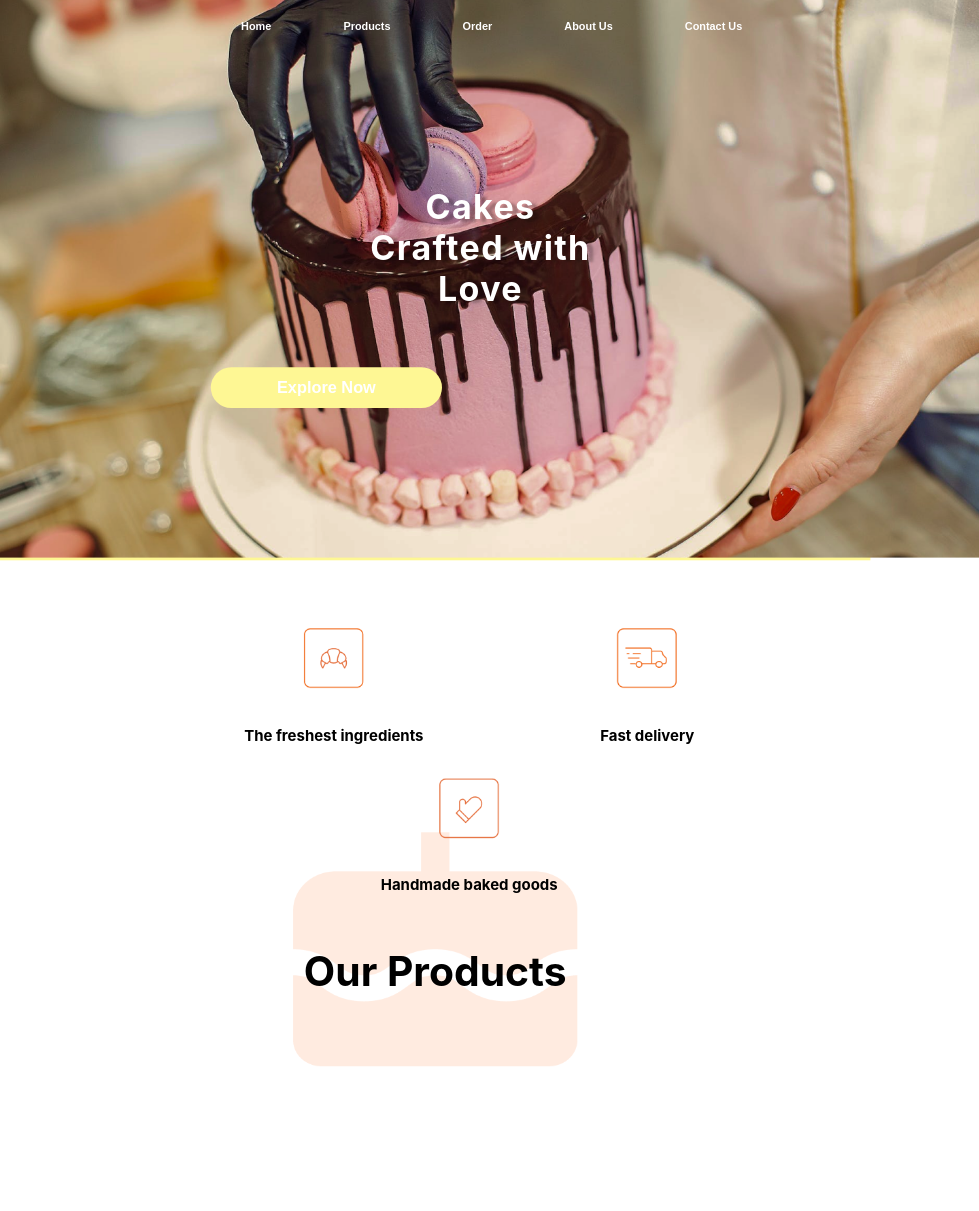
Repository: MEROO1010/cake-box
Page: /
These files come from the project's save history. The page is drawn as it stood at one moment and after a run of saves; the edit follows.
The browser window is 1280 px wide. The page is 1440 px wide, so the pictures cover 1440 px, including what lies to the right of the window. The pictures show the whole page, at 68% of full size.
The project was rebuilt for these pictures with package versions that can differ from the ones it lists, and the page was loaded fresh each time.

Above is the page before, as saved 2023-11-09 12:27:39.

### src/App.js
import './App.css';
import HomePage from './components/HomePage';
import Products from './components/Products';

function App() {
  return (
    <div className="App">
      <HomePage/>
      <Products/>
    </div>
  );
}

export default App;

### src/components/HomePage.jsx
import React from 'react';
import homePageImage from '../images/HomePage.png';
import logo from '../images/cake box.png'
import styled from 'styled-components';

const HomePage = () => {
  return (
    <Container>
      <IMAGE>
        <img src={homePageImage} alt='Home Page' />
      </IMAGE>

      {/*add the logo*/}
      <LOGO>
        <img src={logo} alt="logo design" />
      </LOGO>

      {/*Add the header*/}
      <ListWrapper>
      <ul>
        <ListItem>
          <ListLink href="#">Home</ListLink>
        </ListItem>
        <ListItem>
          <ListLink href="#">Products</ListLink>
        </ListItem>
        <ListItem>
          <ListLink href="#">Order</ListLink>
        </ListItem>
        <ListItem>
          <ListLink href="#">About Us</ListLink>
        </ListItem>
        <ListItem>
          <ListLink href="#">Contact Us</ListLink>
        </ListItem>
      </ul>
    </ListWrapper>


      {/*Add the h1*/}
      <MainTitle>
      <div>
        <h1>Cakes Crafted with Love</h1>
      </div>
      </MainTitle>

      {/*Add the Button*/}
      <ExploreNow>
        <button>Explore Now</button>
      </ExploreNow>
    </Container>
  );
};

export default HomePage;

const Container = styled.div`
`

const IMAGE = styled.div`
 max-width:100%;
 width: 100%;
 height: 100%;
 background-size: cover;
 background-position: center;
 background-repeat: no-repeat;
 background-color:#FEF794;
`

const LOGO = styled.div `
   position: absolute;
  top: 16px;
  right: 860px;
  padding-left:40px;
  width: 1015px;
  height: 519px;
  object-fit: cover;
`

const ListWrapper = styled.div`
  font-family: Arial, sans-serif;
  font-weight: bold;
  margin: 0;
  padding: 0;
  position: absolute;
  top: 0;
  left: 0;
  width: 100%;
`;

const ListItem = styled.li`
  list-style: none;
  display: inline-block;
  margin-right: 80px;
  padding-left:6px;
  top:14px;
  left:100px;
  position: relative;
`;

const ListLink = styled.a`
  text-decoration: none;
  color: #fff;
  padding: 5px 10px;


  &:hover {
    color: #FEF794;
  }
`;

const MainTitle = styled.div `
position: absolute;
  top: 240px;
  left: 533px;
  font-size: 25px;
  letter-spacing: 0.08em;
  font-weight: 800;
  color: #fff;
  display: inline-block;
  width: 347px;
  text-shadow: 9px 4px 4px rgba(0, 0, 0, 0.25);

`

const ExploreNow = styled.div`
  button{
    position: absolute;
    margin:500px 620px ;
    top:40px;
    right:10px;
    color:black;
    width:340px;
    height:60px;
    border-radius:40px;
    background-color:#FEF794;
    border:none;
    font-size:24px;
    font-weight:bold;
    color:white;
    cursor: pointer;
  }
`;

### src/components/Products.jsx
import React from 'react'
import styled from 'styled-components';
import CAKEVECTOR from '../images/cake_vector.png'
import CROISSANT from '../images/croissant.png'
import CAR from '../images/car.png'
import GLAVES from '../images/glaves.png'



const Products = () => {
  return (
    <Container>
      <CakeVector>
         <img src={CAKEVECTOR} alt=''/>
         <h1>Our Products</h1>
      </CakeVector>

      <FirstList>
        <ul>
            <li>
                <img src={CROISSANT} alt=''/>
                <h6>The freshest ingredients</h6>
            </li>

            <li>
                <img src={CAR} alt=''/>
                <h6>Fast delivery</h6>
            </li>

            <li>
                <img src={GLAVES} alt=''/>
                <h6>Handmade baked goods</h6>
            </li>
        </ul>
      </FirstList>
    </Container>
  )
}

export default Products;


const Container = styled.div`
`

const CakeVector = styled.div`
  img{
    position: relative;
    top: 400px;
  }

  h1{
    position: relative;
    font-size:60px;
    top:180px;
  }

`

const FirstList = styled.div `
  li{
    position:relative;
    list-style: none;
  display: inline-block;
  margin-left:60px;
  padding-left:200px;
  right:100px;
  bottom:400px;
  }

  h6{
    font-size:22px;
  }
`

Loaded but not shown: public/index.html (common file); src/index.js (common file); src/index.css (common file); src/App.css (common file)

After the next 3 saves:
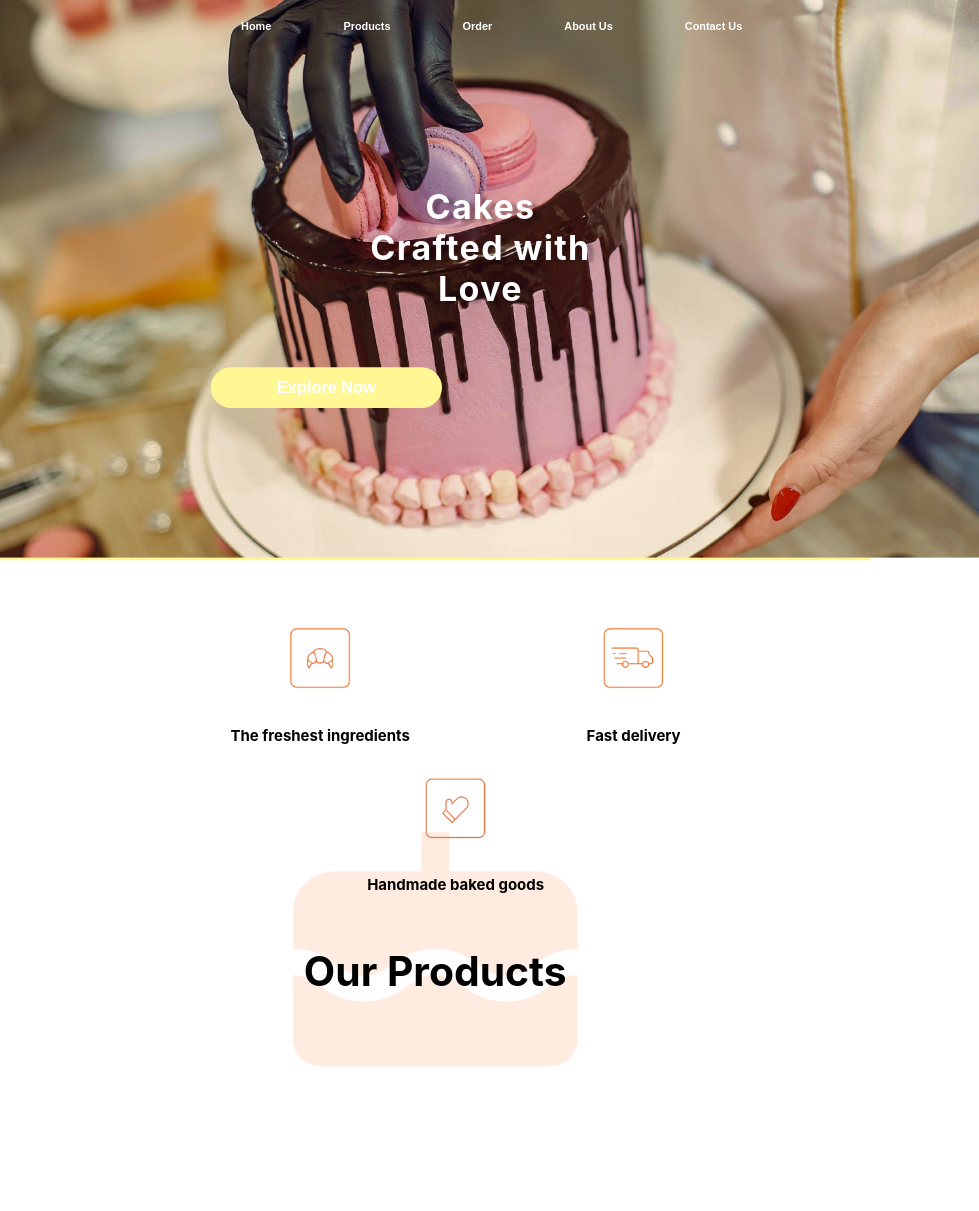
The 3 saves are shown as one change because they came seconds apart.
The last was saved 13 s later.
--- a/src/components/Products.jsx
+++ b/src/components/Products.jsx
@@ -64,7 +64,7 @@
   display: inline-block;
   margin-left:60px;
   padding-left:200px;
-  right:100px;
+  right:120px;
   bottom:400px;
   }
 
